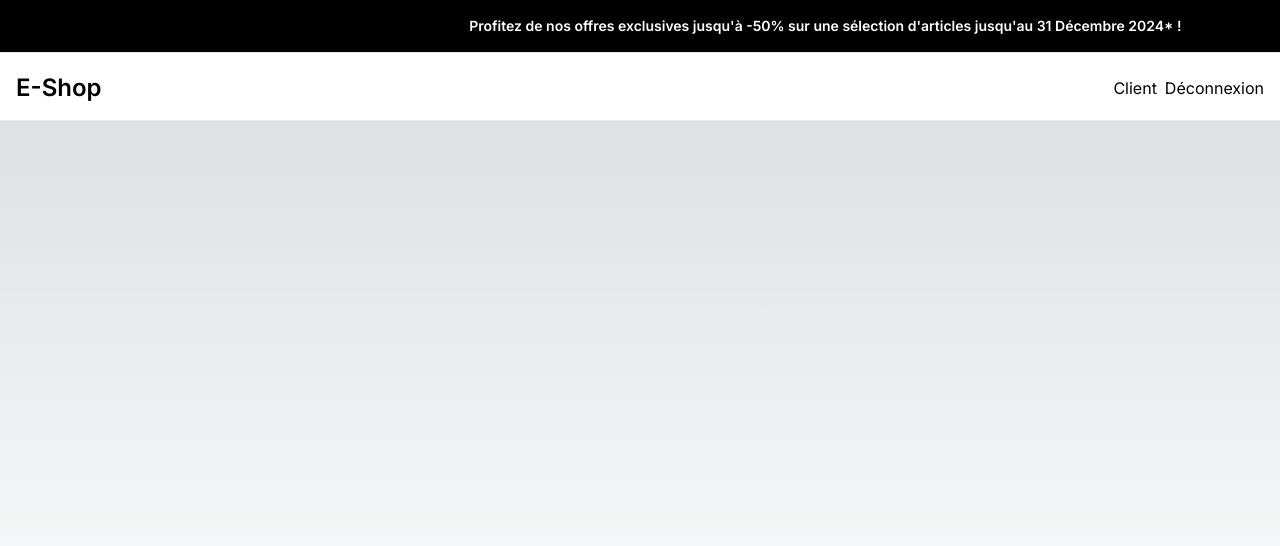
Repository: SDlevelUp/e-shop
Page: /
An editor plug-in stored every save of this project. The page is shown before and after the next save, followed by the edit.
The browser window is 1280 px wide. The pictures show the whole page.
The project was rebuilt for these pictures with package versions that can differ from the ones it lists, and the page was loaded fresh each time. The framework's server and built-in components were replaced by stand-ins that run in the browser. Also part of the build but not shown: next.config.js.

Above is the page before, as saved 2023-08-29 13:01:44.

### src/app/layout.js
import './globals.css'
import { Inter } from 'next/font/google';
import Navbar from '@/components/Navbar/Navbar';
import GlobalState from '@/context';
const inter = Inter({ subsets: ['latin'] })

export const metadata = {
  title: 'E-Shop, votre boutique en ligne',
  description: 'Generated by create next app',
};

export default function RootLayout({ children }) {
  return (
    <html lang="en">
      <head>
        <meta charSet="UTF-8" />
        <meta name="viewport" content="width=device-width, initial-scale=1.0" />
        <title>{metadata.title}</title>
        <meta name="description" content={metadata.description} />
      </head>
      <body className={inter.className}>
        <GlobalState>
          <Navbar />
          <main>{children}</main>
        </GlobalState>
      </body>
    </html>
  )
}

### src/app/page.js
import React from 'react';

function Home() {
  return (
    <main className="flex min-h-screen flex-col items-center justify-between p-24">
      <div>

      </div>
    </main>
  );
}

export default Home;

### src/app/globals.css
@tailwind base;
@tailwind components;
@tailwind utilities;

:root {
  --foreground-rgb: 0, 0, 0;
  --background-start-rgb: 214, 219, 220;
  --background-end-rgb: 255, 255, 255;
}

@media (prefers-color-scheme: dark) {
  :root {
    --foreground-rgb: 255, 255, 255;
    --background-start-rgb: 0, 0, 0;
    --background-end-rgb: 0, 0, 0;
  }
}

body {
  color: rgb(var(--foreground-rgb));
  background: linear-gradient(to bottom,
      transparent,
      rgb(var(--background-end-rgb))) rgb(var(--background-start-rgb));
}

.animation {
  animation: defilement-rtl 15s infinite linear;
}

@keyframes defilement-rtl {
  0% {
    transform: translate3d(0, 0, 0);
  }

  100% {
    transform: translate3d(-100%, 0, 0);
  }
}

### src/components/Navbar/Navbar.jsx
"use client";
import { Fragment } from "react";

//Admin connecté
const isAdminView = true;

//Utilisateur sur le site
const isAuthUser = true;

const user = {
    role: 'admin'
}
export default function Navbar() {
    return (
        <>
            <div className="bg-white fixed z-40 w-full top-0 left-0 border-b border-gray-200 h-46">
                <header className="bg-black z-50 w-full top-0 left-0 border-b border-gray-200 fixed">
                    <div className="max-w-screen-xl flex flex-wrap items-center justify-center mx-auto p-4">
                        <div className="flex items-center cursor-pointer">
                            <span className="text-white text-sm font-semibold whitespace-nowrap animation inline-block pl-[100%] pr-[2em]">
                                Profitez de nos offres exclusives jusqu'à -50% sur une sélection d'articles jusqu'au 31 Décembre 2024* !                         </span>
                        </div>
                    </div>
                </header>

                <nav className="max-w-screen-xl flex items-center justify-between mx-auto p-4 mt-14" >
                    <div className="flex items-center cursor-pointer">
                        <span className="self-center text-2xl font-semibold whitespace-nowrap">
                            E-Shop
                        </span>
                    </div>
                    <div className="flex md:order-2 gap-2">
                        {!isAdminView && isAuthUser ? (
                            <Fragment>
                                <button>Compte</button>
                                <button>Panier</button>
                            </Fragment>
                        ) : null}
                        {
                            user?.role === 'admin' ?
                                isAdminView ? <button>Client</button> : <button>Admin</button>
                                : null
                        } {
                            isAuthUser ? <button>Déconnexion</button> : <button>Connexion</button>
                        }
                    </div>
                </nav>
            </div>
        </>
    );
}

### src/context/index.js
"use client";

import { createContext } from 'react';

export const GlobalContext = createContext(null);

export default function GlobalState({ children }) {
    return (
        <GlobalContext.Provider value={{}}>{children}</GlobalContext.Provider>
    )
}

Loaded but not shown: tailwind.config.js (common file)

After the next save:
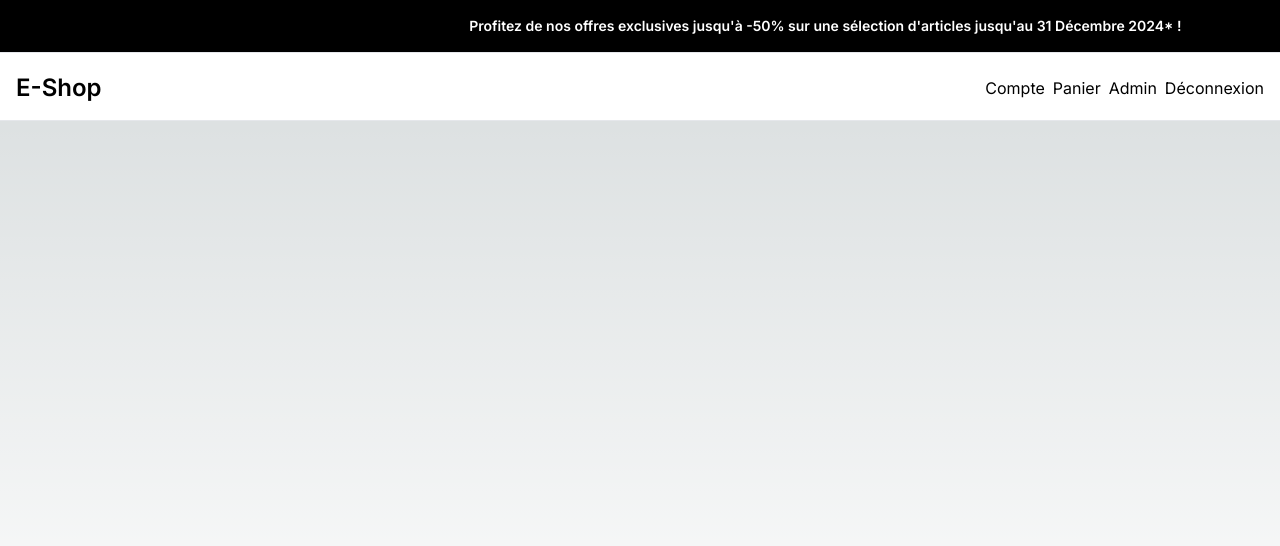
Saved 4 s later.
--- a/src/components/Navbar/Navbar.jsx
+++ b/src/components/Navbar/Navbar.jsx
@@ -2,7 +2,7 @@
 import { Fragment } from "react";
 
 //Admin connecté
-const isAdminView = true;
+const isAdminView = false;
 
 //Utilisateur sur le site
 const isAuthUser = true;
